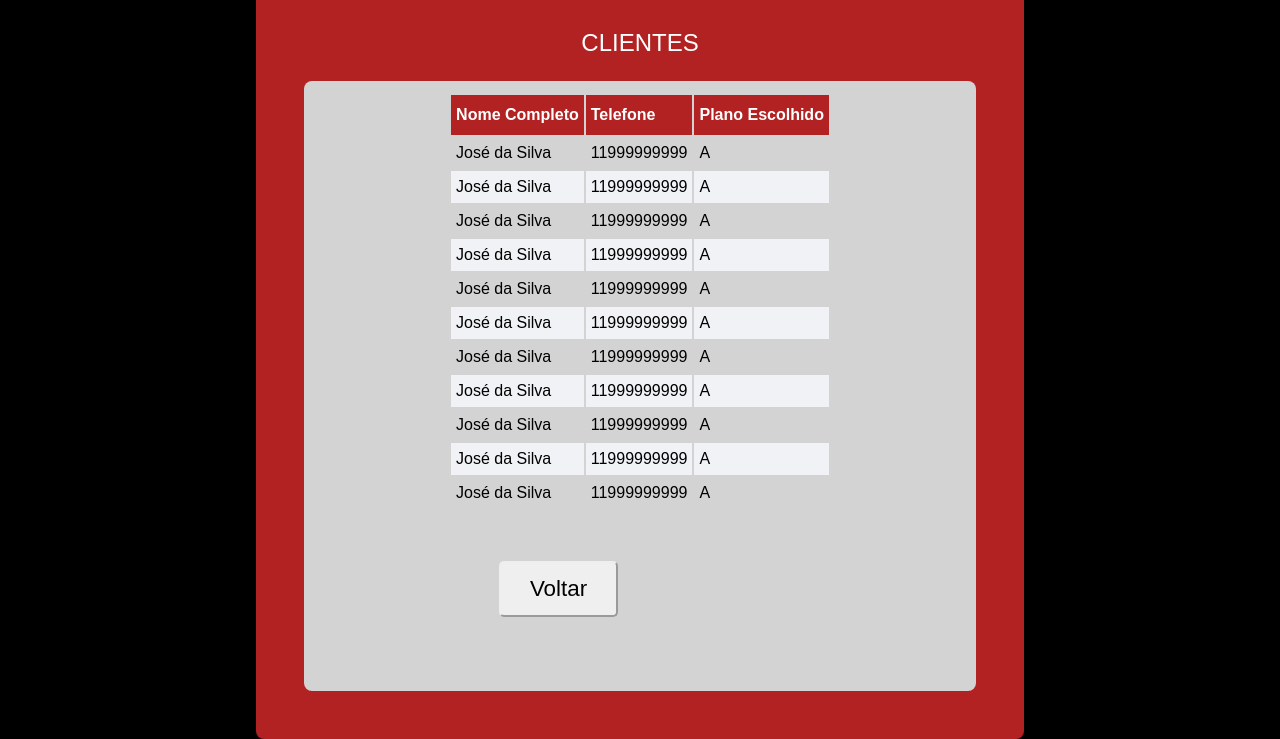
Repository: samantaProspero/projeto_integrador
Page: Versão Atual/PI_Vanila/clientes.html
The author's editor kept a copy of each file at every save. The page is drawn from the files as they stood at one save, then again after the next save.
The browser window is 1280 px wide. The pictures show the whole page.

Above is the page before, as saved 2021-11-06 14:54:06.

After the next save:
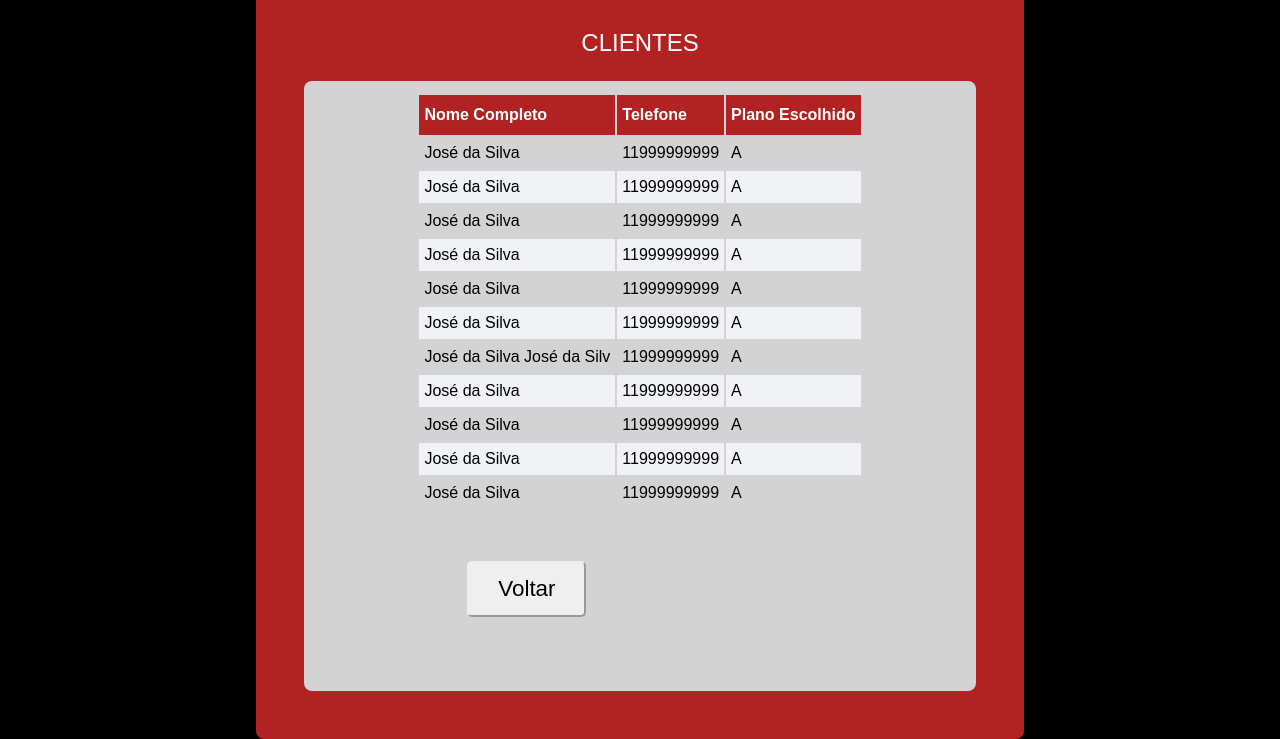
Saved 16 s later.
--- a/Versão Atual/PI_Vanila/clientes.html
+++ b/Versão Atual/PI_Vanila/clientes.html
@@ -53,7 +53,7 @@
                 <td>A</td>
               </tr>
               <tr>
-                <td>José da Silva</td>
+                <td>José da Silva José da Silv</td>
                 <td>11999999999</td>
                 <td>A</td>
               </tr>
